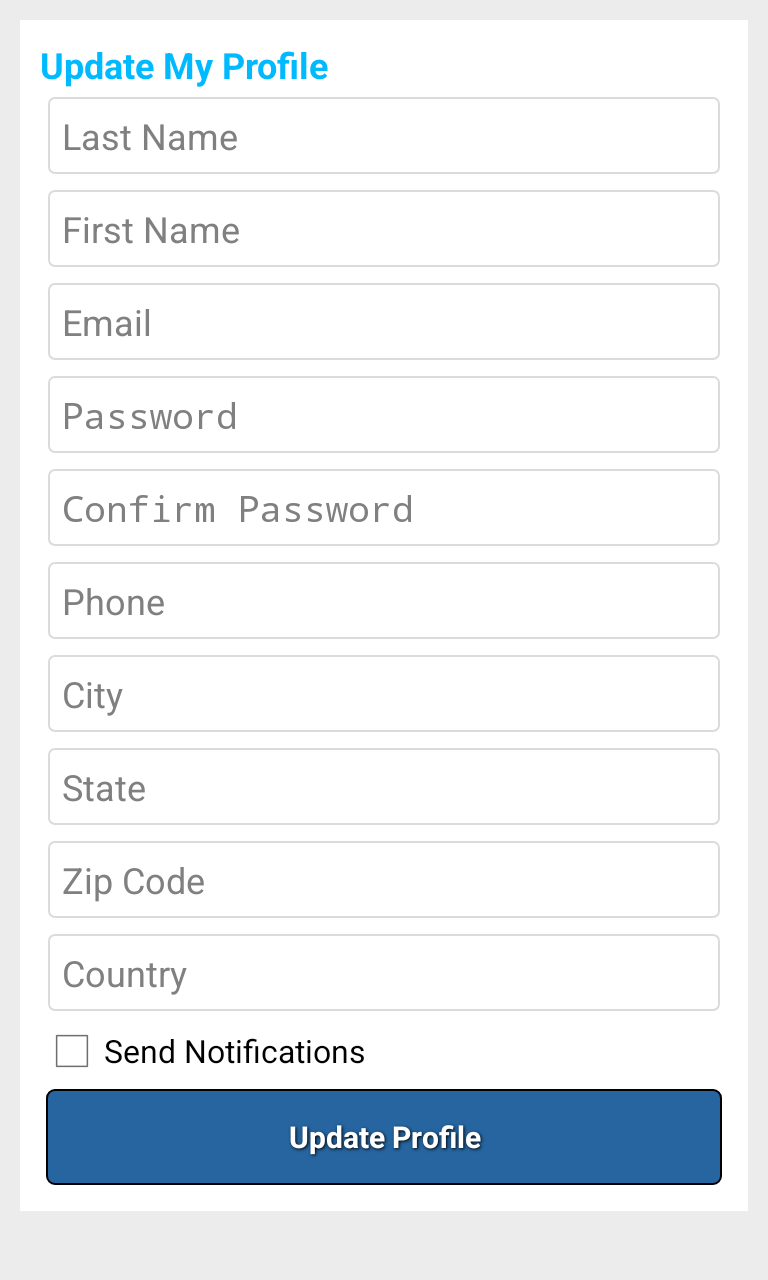
Repository: spotmob/spotmob
Layout: SpotMob/res/layout/my_profile.xml
An editor plug-in stored every save of this project. The layout is shown before and after the next save, followed by the edit.
It is drawn on a 768 x 1280 px phone screen (xhdpi) without system bars, with theme ThemeSelector; the app's code is not run.

Above is the layout before, as saved 2013-06-23 17:04:40.

After the next save:
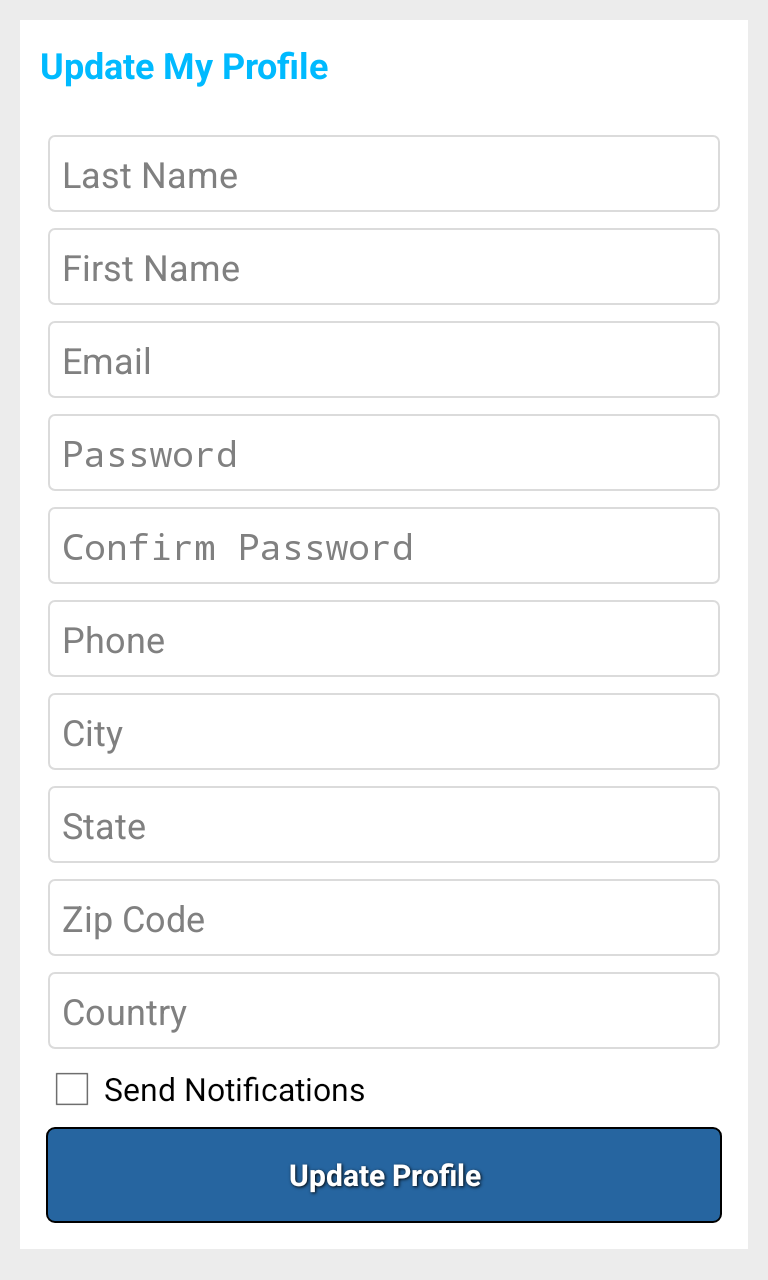
Saved 32 s later.
--- a/SpotMob/res/layout/my_profile.xml
+++ b/SpotMob/res/layout/my_profile.xml
@@ -21,7 +21,11 @@
             android:textColor="#00baff"
             android:textSize="18dip"
             android:textStyle="bold" />
-
+        <TextView
+            android:id="@+id/messageTextView"
+            android:layout_width="wrap_content"
+            android:layout_height="wrap_content"
+            android:textColor="#FF0000" />
         <EditText
             android:id="@+id/lastName"
             android:layout_width="match_parent"
